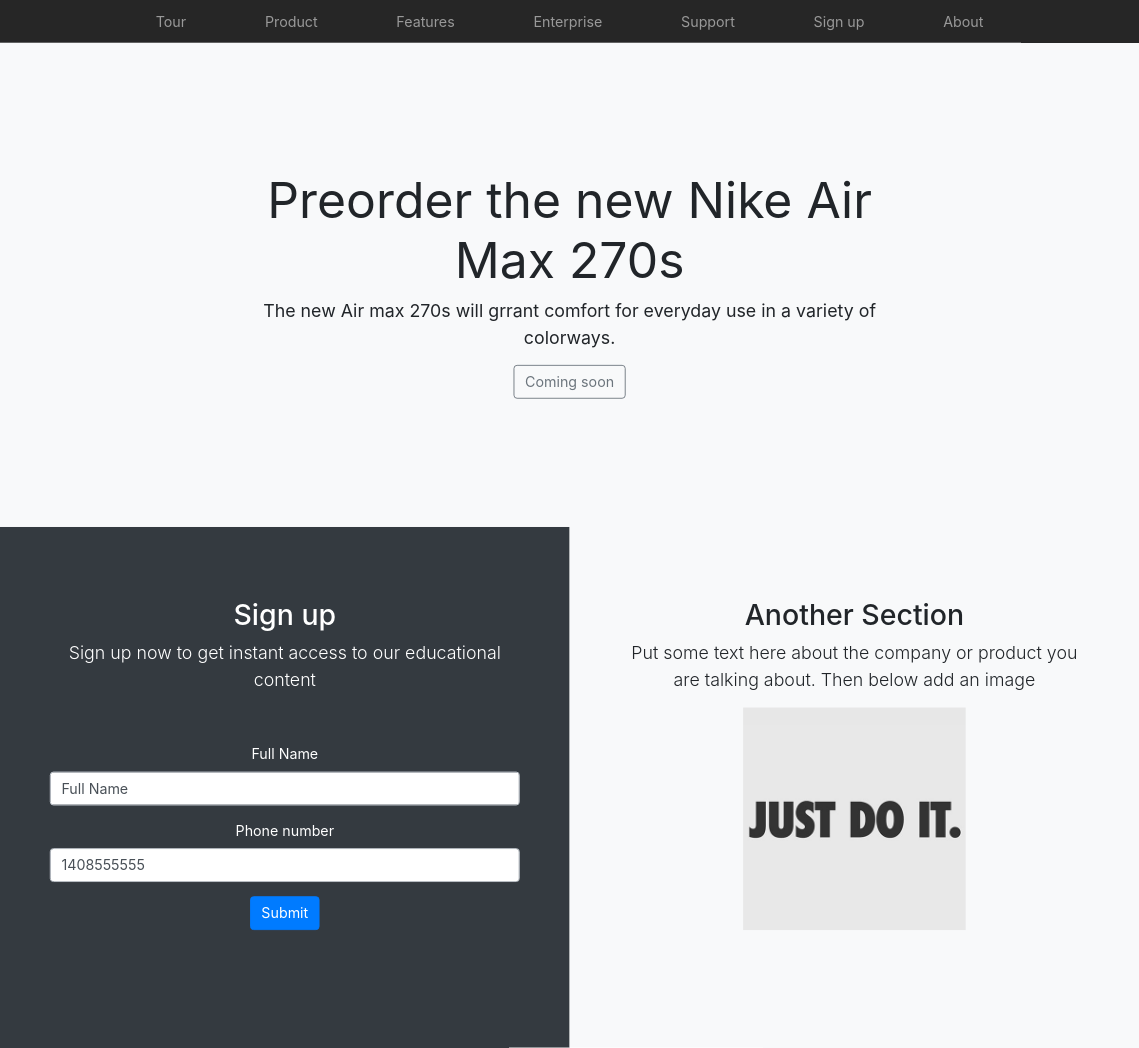
Repository: sfran065/SaraiFranco-Websitee
Page: LearnCS8-Twilio/index.html
The author's editor kept a record of every edit. The page is drawn from the files as they stood at one moment, then again after the next edit.
The browser window is 1280 px wide. The pictures show the whole page, at 89% of full size.

Above is the page before.

### LearnCS8-Twilio/index.html
<!doctype html>
<html lang="en">
  <head>
    <!-- Required meta tags -->
    <meta charset="utf-8">
    <meta name="viewport" content="width=device-width, initial-scale=1, shrink-to-fit=no">
    <meta name="description" content="Purchase the all new Nike Air Max 270s for your own everyday comfort.">
    <meta name="author" content="862235721">

    <!-- Bootstrap CSS -->
    <link rel="stylesheet" href="https://stackpath.bootstrapcdn.com/bootstrap/4.5.2/css/bootstrap.min.css" integrity="sha384-JcKb8q3iqJ61gNV9KGb8thSsNjpSL0n8PARn9HuZOnIxN0hoP+VmmDGMN5t9UJ0Z" crossorigin="anonymous">

    <!-- Title of your Website -->
    <title>Nike Air Max</title>
    <link href="product.css" rel="stylesheet">
  </head>
  <body>
    <nav class="site-header sticky-top py-1">
    <!-- Top Menu Bar -->
    <div class="container d-flex flex-column flex-md-row justify-content-between">
        <a class="py-2 d-none d-md-inline-block" id="menu-item-1" href="https://www.alticorerealty.com/" target="_blank">Tour</a>
        <a class="py-2 d-none d-md-inline-block" id="menu-item-2" href="https://www.gymshark.com/?gclid=Cj0KCQiAoY-PBhCNARIsABcz770C3cAfHIYJEnKnncfCbXWTfNptlGICpMMHu5UjF5OnNgLK_GgI2isaAohMEALw_wcB" target="_blank">Product</a>
        <a class="py-2 d-none d-md-inline-block" id="menu-item-3" href="https://www.nike.com/women?cp=90083564018_search_%7CNike%7CGOOGLE%7C71700000038284603%7CWOMEN_X_X_X_X-Device_X_Legacy_Core-NikeBrand_Exact%7Ce%7Cc&gclsrc=aw.ds&&gclid=Cj0KCQiAoY-PBhCNARIsABcz771DQofHHGv0YMrQeZ8d02oFcW1E5foAOZSwnv7SezlZuEiFx1YWYeUaAvWMEALw_wcB&gclsrc=aw.ds" target="_blank">Features</a>
        <a class="py-2 d-none d-md-inline-block" id="menu-item-4" href="https://www.petco.com/shop/en/petcostore?cm_mmc=PSH-_-GGL-_-CCY-_-CCO-_-PET-_-AQU-_-0-_-PM_GGL_FY20_GeneralPriority_Radius15_NewCust_TEXT-EXA-TM-_-0-_-0&gclid=Cj0KCQiAoY-PBhCNARIsABcz770bCWiK-QEPX8F4rK__ugulVCJyjf0diSV6NzDkbpYzrv5eJ4gXqsgaAmq_EALw_wcB&gclsrc=aw.ds" target="_blank">Enterprise</a>
        <a class="py-2 d-none d-md-inline-block" id="menu-item-5" href="https://z1motorsports.com/" target="_blank">Support</a>
        <a class="py-2 d-none d-md-inline-block" id="menu-item-6" href="https://quizlet.com/latest" target="_blank">Sign up</a>
        <a class="py-2 d-none d-md-inline-block" id="menu-item-7" href="https://us.princesspolly.com/collections/dresses?utm_source=cpc&utm_medium=google&utm_term=dress&adid=415286928888&matchtype=b&addisttype=g&gclid=Cj0KCQiAosmPBhCPARIsAHOen-PS50Czn9ymgx4MS0ZVOSmL3ijjdPjgP69cIC0_QhW1uITiebZsgsoaApwXEALw_wcB" target="_blank">About</a>
    </div>
    </nav>
      <!-- Main Header Section h1-->
      <div class="position-relative overflow-hidden p-3 p-md-5 m-md-0 text-center bg-light">
        <div class="col-md-8 p-lg-5 mx-auto my-5">
            <h1 class="display-4 font-weight-normal">Preorder the new Nike Air Max 270s</h1>
            <p class="lead font-weight-normal">The new Air max 270s will grrant comfort for everyday use in a variety of colorways.</p>
            <a class="btn btn-outline-secondary" href="https://www.youtube.com/watch?v=pZjFpAJfcSY">Coming soon</a>
        </div>
      </div>
      <!-- Left Tile -->
      <div class="d-md-flex flex-md-equal w-100">
        <div class="bg-dark pt-3 px-3 pt-md-5 px-md-5 text-center text-white overflow-hidden">
          <div class="my-3 py-3">
            <h2 class="display-5">Sign up</h2>
            <p class="lead">Sign up now to get instant access to our educational content</p>
        </div>
        <!-- Web form when submitted will send a text message -->
        <form class="p-2" onsubmit="sendTextMessage(); return false;">
            <!-- Full Name Form Field -->
            <div class="form-group">
                <label for="example-first-name">Full Name</label>
                <input type="text" value="Full Name" class="form-control" id="example-first-name" aria-describedby="emailHelp">
            </div>
            <!-- Phone Number Form Field -->
            <div class="form-group">
                <label for="example-tel-input">Phone number</label>
                <input type="tel" class="form-control" value="1408555555" id="example-tel-input">
            </div>
            <!-- JavaScript that handles onSubmit logic -->
            <!-- Configure the XHR request below with your own credentials -->
            <script>
            function sendTextMessage() {
                console.log("Hello world!");
                var xhr = new XMLHttpRequest();
                var accountSID = "AC70bd8f1ea73467b9f1238929307fa3d4";
                var authToken = "f82d3869a9ce02ea6be33d6bab6ca9d5";
                var base64encoded = accountSID + ":" + authToken;
                var params = "To=" + document.getElementById('example-tel-input').value + "&From=" + "17652751387" + "&Body=" + "Hello " + document.getElementById('example-first-name').value + " Great job creating your first website!."
                xhr.open("POST", "https://api.twilio.com/2010-04-01/Accounts/" + accountSID + "/Messages.json", true);
                xhr.setRequestHeader('Content-Type', 'application/x-www-form-urlencoded');
                xhr.setRequestHeader('Authorization','Basic ' + btoa(base64encoded)); /*global btoa*/
                xhr.send(params);
            }
            </script>
            <!-- Submit button that will execute the sendTextMessage function -->
            <button type="submit" class="btn btn-primary">Submit</button>
        </form>
    </div>
      <!-- Right Tile -->
      <div class="bg-light pt-3 px-3 pt-md-5 px-md-5 text-center overflow-hidden">
        <div class="my-3 p-3">
            <h2 class="display-5">Another Section</h2>
            <p class="lead">Put some text here about the company or product you are talking about. Then below add an image</p>
            <img class="mx-auto" src="nikejustdoit.png" height="250px">
        </div>
        <div class="mx-auto" style="width: 80%; height: 100px; border-radius: 21px 21px 0 0;"></div>
      </div>
    </div>
  </body>
</html>

### LearnCS8-Twilio/product.css
.container {
  max-width: 960px;
}

/*
 * Custom translucent site header
 */

.site-header {
  background-color: rgba(0, 0, 0, .85);
  -webkit-backdrop-filter: saturate(180%) blur(20px);
  backdrop-filter: saturate(180%) blur(20px);
}
.site-header a {
  color: #999;
  transition: ease-in-out color .15s;
}
.site-header a:hover {
  color: #fff;
  text-decoration: none;
}

/*
 * Dummy devices (replace them with your own or something else entirely!)
 */

.product-device {
  position: absolute;
  right: 10%;
  bottom: -30%;
  width: 300px;
  height: 540px;
  background-color: #333;
  border-radius: 21px;
  -webkit-transform: rotate(30deg);
  transform: rotate(30deg);
}

.product-device::before {
  position: absolute;
  top: 10%;
  right: 10px;
  bottom: 10%;
  left: 10px;
  content: "";
  background-color: rgba(255, 255, 255, .1);
  border-radius: 5px;
}

.product-device-2 {
  top: -25%;
  right: auto;
  bottom: 0;
  left: 5%;
  background-color: #e5e5e5;
}


/*
 * Extra utilities
 */

.flex-equal > * {
  -ms-flex: 1;
  flex: 1;
}
@media (min-width: 768px) {
  .flex-md-equal > * {
    -ms-flex: 1;
    flex: 1;
  }
}

.overflow-hidden { overflow: hidden; }

After the next edit:
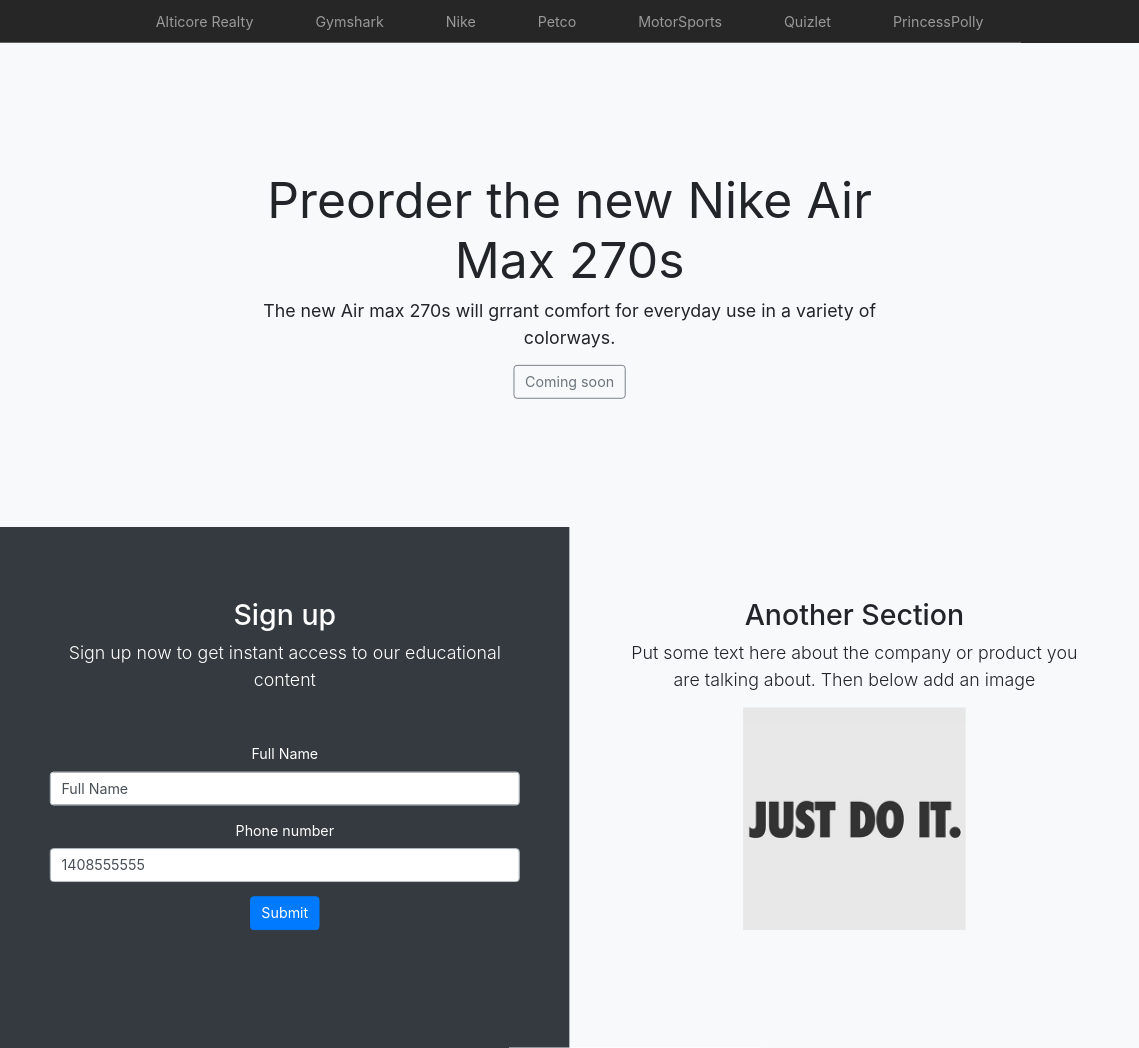
The edit:
--- a/LearnCS8-Twilio/index.html
+++ b/LearnCS8-Twilio/index.html
@@ -18,13 +18,13 @@
     <nav class="site-header sticky-top py-1">
     <!-- Top Menu Bar -->
     <div class="container d-flex flex-column flex-md-row justify-content-between">
-        <a class="py-2 d-none d-md-inline-block" id="menu-item-1" href="https://www.alticorerealty.com/" target="_blank">Tour</a>
-        <a class="py-2 d-none d-md-inline-block" id="menu-item-2" href="https://www.gymshark.com/?gclid=Cj0KCQiAoY-PBhCNARIsABcz770C3cAfHIYJEnKnncfCbXWTfNptlGICpMMHu5UjF5OnNgLK_GgI2isaAohMEALw_wcB" target="_blank">Product</a>
-        <a class="py-2 d-none d-md-inline-block" id="menu-item-3" href="https://www.nike.com/women?cp=90083564018_search_%7CNike%7CGOOGLE%7C71700000038284603%7CWOMEN_X_X_X_X-Device_X_Legacy_Core-NikeBrand_Exact%7Ce%7Cc&gclsrc=aw.ds&&gclid=Cj0KCQiAoY-PBhCNARIsABcz771DQofHHGv0YMrQeZ8d02oFcW1E5foAOZSwnv7SezlZuEiFx1YWYeUaAvWMEALw_wcB&gclsrc=aw.ds" target="_blank">Features</a>
-        <a class="py-2 d-none d-md-inline-block" id="menu-item-4" href="https://www.petco.com/shop/en/petcostore?cm_mmc=PSH-_-GGL-_-CCY-_-CCO-_-PET-_-AQU-_-0-_-PM_GGL_FY20_GeneralPriority_Radius15_NewCust_TEXT-EXA-TM-_-0-_-0&gclid=Cj0KCQiAoY-PBhCNARIsABcz770bCWiK-QEPX8F4rK__ugulVCJyjf0diSV6NzDkbpYzrv5eJ4gXqsgaAmq_EALw_wcB&gclsrc=aw.ds" target="_blank">Enterprise</a>
-        <a class="py-2 d-none d-md-inline-block" id="menu-item-5" href="https://z1motorsports.com/" target="_blank">Support</a>
-        <a class="py-2 d-none d-md-inline-block" id="menu-item-6" href="https://quizlet.com/latest" target="_blank">Sign up</a>
-        <a class="py-2 d-none d-md-inline-block" id="menu-item-7" href="https://us.princesspolly.com/collections/dresses?utm_source=cpc&utm_medium=google&utm_term=dress&adid=415286928888&matchtype=b&addisttype=g&gclid=Cj0KCQiAosmPBhCPARIsAHOen-PS50Czn9ymgx4MS0ZVOSmL3ijjdPjgP69cIC0_QhW1uITiebZsgsoaApwXEALw_wcB" target="_blank">About</a>
+        <a class="py-2 d-none d-md-inline-block" id="menu-item-1" href="https://www.alticorerealty.com/" target="_blank">Alticore Realty</a>
+        <a class="py-2 d-none d-md-inline-block" id="menu-item-2" href="https://www.gymshark.com/?gclid=Cj0KCQiAoY-PBhCNARIsABcz770C3cAfHIYJEnKnncfCbXWTfNptlGICpMMHu5UjF5OnNgLK_GgI2isaAohMEALw_wcB" target="_blank">Gymshark</a>
+        <a class="py-2 d-none d-md-inline-block" id="menu-item-3" href="https://www.nike.com/women?cp=90083564018_search_%7CNike%7CGOOGLE%7C71700000038284603%7CWOMEN_X_X_X_X-Device_X_Legacy_Core-NikeBrand_Exact%7Ce%7Cc&gclsrc=aw.ds&&gclid=Cj0KCQiAoY-PBhCNARIsABcz771DQofHHGv0YMrQeZ8d02oFcW1E5foAOZSwnv7SezlZuEiFx1YWYeUaAvWMEALw_wcB&gclsrc=aw.ds" target="_blank">Nike</a>
+        <a class="py-2 d-none d-md-inline-block" id="menu-item-4" href="https://www.petco.com/shop/en/petcostore?cm_mmc=PSH-_-GGL-_-CCY-_-CCO-_-PET-_-AQU-_-0-_-PM_GGL_FY20_GeneralPriority_Radius15_NewCust_TEXT-EXA-TM-_-0-_-0&gclid=Cj0KCQiAoY-PBhCNARIsABcz770bCWiK-QEPX8F4rK__ugulVCJyjf0diSV6NzDkbpYzrv5eJ4gXqsgaAmq_EALw_wcB&gclsrc=aw.ds" target="_blank">Petco</a>
+        <a class="py-2 d-none d-md-inline-block" id="menu-item-5" href="https://z1motorsports.com/" target="_blank">MotorSports</a>
+        <a class="py-2 d-none d-md-inline-block" id="menu-item-6" href="https://quizlet.com/latest" target="_blank">Quizlet</a>
+        <a class="py-2 d-none d-md-inline-block" id="menu-item-7" href="https://us.princesspolly.com/collections/dresses?utm_source=cpc&utm_medium=google&utm_term=dress&adid=415286928888&matchtype=b&addisttype=g&gclid=Cj0KCQiAosmPBhCPARIsAHOen-PS50Czn9ymgx4MS0ZVOSmL3ijjdPjgP69cIC0_QhW1uITiebZsgsoaApwXEALw_wcB" target="_blank">PrincessPolly</a>
     </div>
     </nav>
       <!-- Main Header Section h1-->
